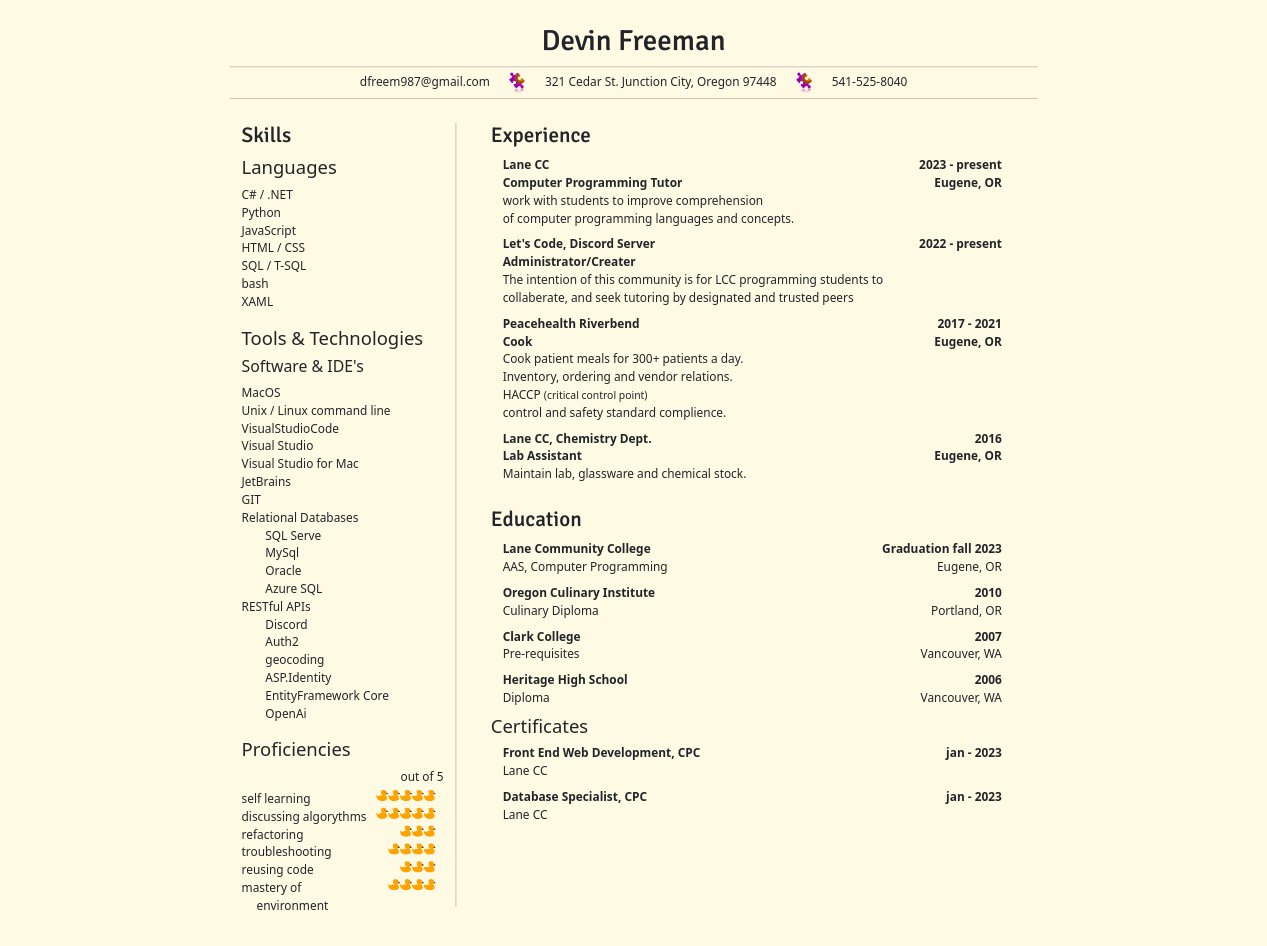
Repository: Dfreem/Resume
Page: index.html
An editor plug-in stored every save of this project. The page is shown before and after the next save, followed by the edit.
The browser window is 1280 px wide. The pictures show the whole page, at 99% of full size.

Above is the page before, as saved 2023-02-13 11:02:35.

### index.html
<!DOCTYPE html>
<html lang="en">

<head>
    <meta charset="UTF-8">
    <meta http-equiv="X-UA-Compatible" content="IE=edge">
    <meta name="viewport" content="width=device-width, initial-scale=1.0">
    <link href="https://cdn.jsdelivr.net/npm/bootstrap@5.3.0-alpha1/dist/css/bootstrap.min.css" rel="stylesheet"
        integrity="sha384-GLhlTQ8iRABdZLl6O3oVMWSktQOp6b7In1Zl3/Jr59b6EGGoI1aFkw7cmDA6j6gD" crossorigin="anonymous">
    <link href="resume.css" rel="stylesheet" />
    <title>Devin Freeman</title>
</head>

<body>

    <h1>Devin Freeman</h1>
    <hr />

    <!-- ========= banner ========= -->

    <div class="personal-info">
        dfreem987@gmail.com
        &emsp;
        <span><img src="puzzle.png" class="puzzle-piece"></img></span>
        &emsp;
        321 Cedar St. Junction City, Oregon 97448
        &emsp;
        <span><img src="puzzle.png" class="puzzle-piece"></img></span>
        &emsp;
        541-525-8040
        <!-- &nbsp;freemand@my.lanecc.edu -->
    </div>
    <hr />
    <!-- ========= Skills start ========= -->

    <div class="hstack">
        <div class="vstack skill-stack">
            <h2>Skills</h2>

            <!-- ========= programming language list ========= -->

            <ul class="langs">
                <div class="d-flex flex-row flex-nowrap">
                    <h3>Languages</h3>
                </div>
                <li class="d-flex flex-row flex-nowrap">
                    C# / .NET</li>
                <li class="d-flex flex-row flex-nowrap">
                    Python</li>
                <li class="d-flex flex-row flex-nowrap">
                    JavaScript</li>
                <li class="d-flex flex-row flex-nowrap">
                    HTML / CSS</li>
                <li class="d-flex flex-row flex-nowrap">
                    SQL / T-SQL</li>
                <li class="d-flex flex-row flex-nowrap">
                    bash</li>
                <li class="d-flex flex-row flex-nowrap">
                    XAML</li>
            </ul>
            <ul>
                <div>
                    <h3>Tools & Technologies</h3>
                    <h4>Software & IDE's</h4>
                    <li>MacOS</li>
                    <li>Unix / Linux command line</li>
                    <li>VisualStudioCode</li>
                    <li>Visual Studio</li>
                    <li>Visual Studio for Mac</li>
                    <li>JetBrains </li>
                    <li>GIT</li>
                    <li>
                        <ul>
                            Relational Databases
                            <li class="ms-4">SQL Serve</li>
                            <li class="ms-4">MySql</li>
                            <li class="ms-4">Oracle</li>
                            <li class="ms-4">Azure SQL</li>
                        </ul>
                    </li>
                    <li>
                        <ul>
                            RESTful APIs
                            <li class="ms-4">Discord</li>
                            <li class="ms-4">Auth2</li>
                            <li class="ms-4">geocoding</li>
                            <li class="ms-4">ASP.Identity</li>
                            <li class="ms-4">EntityFramework Core</li>
                            <li class="ms-4">OpenAi</li>
                        </ul>
                    </li>
                    <li>

                    </li>
                    <li>

                    </li>
                </div>
            </ul>

            <!-- ========= Soft Skills ========= -->
            <div>
                <h3 class="d-flex flex-row flex-nowrap">Proficiencies</h3>

                <div class="push-right same-line">
                    out of 5
                </div>

            </div>
            <ul class="profs me-2">
                <li class="d-flex flex-row flex-nowrap">
                    self learning<div class="push-right five"></div>
                </li>
                <li class="d-flex flex-row flex-nowrap">
                    discussing algorythms<div class="push-right five"></div>
                </li>
                <li class="d-flex flex-row flex-nowrap">
                    refactoring<div class="push-right three"></div>
                </li>
                <li class="d-flex flex-row flex-nowrap">
                    troubleshooting<div class="push-right four"></div>
                </li>
                <li class="d-flex flex-row flex-nowrap">
                    reusing code<div class="push-right three"></div>
                </li>
                <li class="d-flex flex-row flex-nowrap">
                    mastery of <br />&emsp; environment<div class="push-right four">
                    </div>
                </li>
                <li class="dlex flex-row flex-nowrap"></li>
            </ul>

            <!-- ========= Professional References ========= -->

            <!-- <hr class="my-3" />
                <h3>References</h3>
                <dl class="profs me-2">
                    <dt class="d-flex flex-row flex-nowrap">
                        Bryce Fisher
                        <div class="push-right">
                            Lane CC, 2022
                        </div>
                    </dt>
                    <dd>
                        <b>collaborator / school colleague</b><br />
                        360-913-4165 <br />
                        bryce.e.fisher@gmail.com.
                    </dd>
                </dl>

                <dl class="profs me-2">
                    <dt class="d-flex flex-row flex-nowrap">
                        Ben Wilson
                        <div class="push-right">
                            Lane CC, 2022
                    </div>
                </dt>
                <dd>
                    <b>school colleague / tutee</b><br />
                    541-870-0555<br />
                    benosliw@gmail.com
                </dd>
            </dl>

            <dl class="profs me-2">
                <dt class="d-flex flex-row flex-nowrap">
                    Paul Frost
                    <div class="push-right">
                        Lane CC, 2022
                    </div>
                </dt>
                <dd>
                    <b>school colleague / tutee</b><br />
                    458-210-0711<br />
                    workpaulfrost@gmail.com<br />

                </dd>
            </dl> -->
        </div>
        <div class="vr my-4"></div>
        <div class="vstack work-stack">

            <!-- ========= Most Recent Work History ========= -->

            <dl class="work-history mt-4">
                <h2>Experience</h2>

                <!-- ========== Experience ========== -->

                <div class="container work-container">
                    <dt class="d-flex flex-nowrap flex-row">
                        Lane CC
                        <br />
                        Computer Programming Tutor
                        <div class="push-right">
                            2023 - present
                            <br />
                            Eugene, OR
                        </div>
                    </dt>
                    <dd class="ed-details">
                        work with students to improve comprehension <br /> of computer programming languages and
                        concepts.
                    </dd>
                </div>

                <div class="container work-container">
                    <dt class="d-flex flex-nowrap flex-row">
                        Let's Code, Discord Server<br />
                        Administrator/Creater
                        <div class="push-right">2022 - present</div>
                    </dt>
                    <dd class="ed-title">
                        The intention of this community is for LCC programming students to<br />
                        collaberate, and seek tutoring by designated and trusted peers
                    </dd>
                </div>
                <!-- ========== work history slot 2 ========== -->
                <div class="container work-container">
                    <dt class="d-flex flex-nowrap flex-row">
                        Peacehealth Riverbend
                        <br />
                        Cook
                        <div class="push-right">
                            2017 - 2021
                            <br />
                            Eugene, OR
                        </div>
                    </dt>
                    <dd class="ed-details">
                        Cook patient meals for 300+ patients a day. <br />
                        Inventory, ordering and vendor relations. <br />
                        HACCP <small>(critical control point)</small><br />
                        control and safety standard complience. <br />
                    </dd>
                </div>

                <!-- ========== work history slot 3 ========== -->
                <!--
                    <div class="container work-container">
                        <dt class="d-flex flex-nowrap flex-row">
                            McMenamins
                            <br />
                            Assistant kitchen manager
                            <div class="push-right">
                                2011-2013
                                <br />
                                Portland, OR
                                <br />
                            </div>
                        </dt>
                        <dd class="ed-details">
                            Staff management. Food order expeditor. <br />
                            Proficient in all stations including Pizza Kitchen.
                        </dd>
                    </div> -->

                <!-- ========== work history slot 3 ========== -->

                <div class="container work-container">
                    <dt class="d-flex flex-nowrap flex-row">
                        Lane CC, Chemistry Dept.
                        <br />
                        Lab Assistant
                        <div class="push-right">
                            2016
                            <br />
                            Eugene, OR
                        </div>
                    </dt>
                    <dd class="ed-details">Maintain lab, glassware and chemical stock.</dd>
                </div>
            </dl>

            <!-- ========== Education Start ========== -->

            <dl class="education">
                <h2>Education</h2>

                <!-- ========== Education slot 1 ========== -->

                <div class="container work-container">
                    <dt class="d-flex flex-nowrap flex-row">
                        <div class="ed-title">Lane Community College</div>
                        <div class="push-right">Graduation fall 2023</div>
                    </dt>
                    <dd class="d-flex flex-nowrap flex-row">
                        <div class="ed-title">AAS, Computer Programming </div>
                        <span class="push-right"> Eugene, OR </span>
                    </dd>
                </div>

                <!-- ========== Education slot 2 ========== -->

                <div class="container work-container">
                    <dt class="d-flex flex-nowrap flex-row">
                        <div class="ed-title">Oregon Culinary Institute</div>
                        <span class="push-right">2010</span>
                    </dt>
                    <dd class="d-flex flex-nowrap flex-row">
                        <div class="ed-title">Culinary Diploma</div>
                        <span class="push-right">Portland, OR</span>
                    </dd>
                </div>

                <!-- ========== Education slot 3 ========== -->

                <div class="container work-container">
                    <dt class="d-flex flex-nowrap flex-row">
                        <div class="ed-title">Clark College</div>
                        <span class="push-right">2007</span>
                    </dt>
                    <dd class="d-flex flex-nowrap flex-row">
                        <div class="ed-title">Pre-requisites</div>
                        <span class="push-right">Vancouver, WA</span>
                    </dd>
                </div>

                <!-- ========== Education slot 4 ========== -->

                <div class="container work-container">
                    <dt class="d-flex flex-nowrap flex-row">
                        <div class="ed-title">Heritage High School</div>
                        <span class="push-right">2006</span>
                    </dt>
                    <dd class="d-flex flex-nowrap flex-row">
                        <div class="ed-title">Diploma</div>
                        <span class="push-right">Vancouver, WA</span>
                    </dd>
                </div>
                <!-- ========= Certifications ========= -->


                <h3>Certificates</h3>
                <div class="container work-container">
                    <dt class="d-flex flex-row flex-nowrap">
                        <div class="ed-title">Front End Web Development, CPC</div>
                        <span class="push-right">jan - 2023</span>
                    </dt>
                    <dd>Lane CC</dd>
                </div>

                <div class="container work-container">
                    <dt class="d-flex flex-row flex-nowrap"><div class="ed-title">Database Specialist, CPC </div>
                    <span class="push-right">jan - 2023</span>
                    </dt>
                    <dd>Lane CC
                    </dd>
                </div>
        </div>
        </dl>



    </div>
    </div>
    <dl class="d-grid container">
        <div class="row">

    </dl>
    </div>

</body>
<script src="https://cdn.jsdelivr.net/npm/bootstrap@5.3.0-alpha1/dist/js/bootstrap.bundle.min.js"
    integrity="sha384-w76AqPfDkMBDXo30jS1Sgez6pr3x5MlQ1ZAGC+nuZB+EYdgRZgiwxhTBTkF7CXvN"
    crossorigin="anonymous"></script>

</html>

### resume.css
@import url('https://fonts.googleapis.com/css2?family=Raleway:ital,wght@0,500;0,700;0,800;1,500&family=Signika:wght@400;500;700&display=swap');

/*
font-family: 'Raleway', sans-serif;
font-family: 'Signika', sans-serif;
*/
body {
    /* padding-inline: 0.5in; */
    padding-block-start: 2em;
    margin: auto;
    max-width: 8.5in;
    min-width: 8.5in;
    max-height: 11in;
    font-size: 12px;
    background-color: rgb(255, 250, 228);
}

.personal-info {
    text-align: center;
    margin-bottom: 0;
}

h1 {
    font-family: 'Signika', sans-serif;
    text-align: center;
    font-size: 22pt;
    letter-spacing: 105%;
}

h2 {
    font-family: 'Signika', sans-serif;
    font-size: 16pt;
    margin-block-start: 0;
}

h3 {
    font-size: 14pt;
    width: fit-content;
}

h4 {
    font-size: 12pt;
}

.puzzle-piece {
    width: 1.6em;
    margin-block: .3em;
}

.work-history {
    min-width: 90%;
    align-self: flex-end;
    margin-inline-end: 2em;
}

.seperater {
    position: relative;
    right: -35%;
    height:25px;
}

.education {
    align-self: flex-end;
    margin-inline-end: 2em;
    width: 90%;
}

.skill-stack {
    min-width:25%;
    max-width: 25%;
    margin-inline:1em;
    margin-block-end: 1em;
    margin-top: 2em;
    /* background-color: chartreuse; */
}

.push-right {
    margin-inline-start: auto;
    text-align: right;
}

.profs {
    /* font-size: 10px; */
    margin-block: .3em;
}

.five {
    background-image: url("ducky.png");
    background-size: 12px;
    background-repeat: repeat-x;
    width:60px;
 }

.four {
    background-image: url("ducky.png");
    background-size: 12px;
    background-repeat: repeat-x;
    width:48px;
    /* background-position: ; */
}

.three {
    background-image: url("ducky.png");
    background-size: 12px;
    background-repeat: repeat-x;
    width:36px;
 }
.two {
    background-image: url("ducky.png");
    background-size: 12px;
    background-repeat: repeat-x;
    width:24px;
 }

hr {
    margin-block: 0;
}

ul {
    padding-Inline: 0;
}

li {
    list-style: none;
}

After the next save:
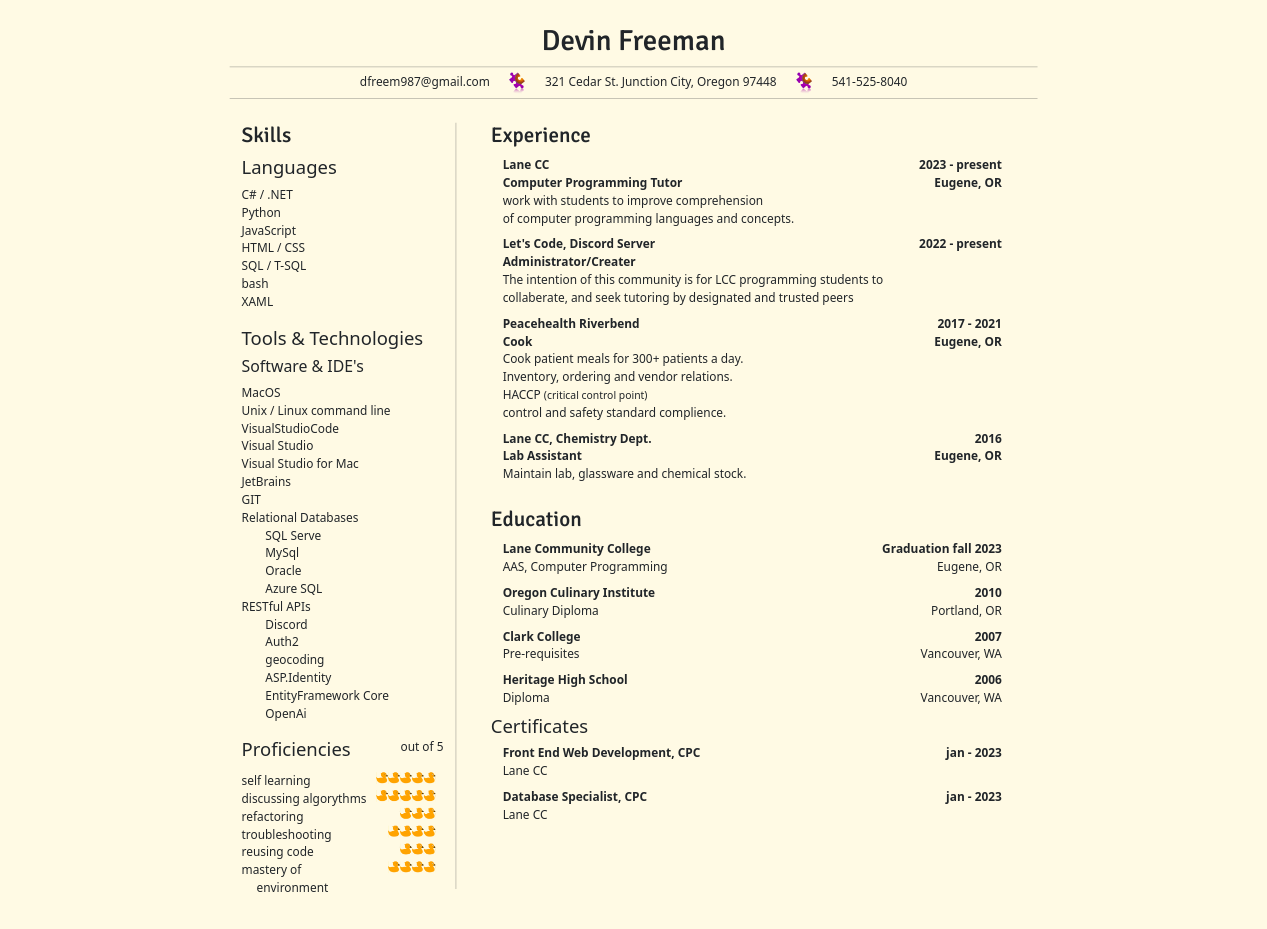
Saved 17 s later.
--- a/index.html
+++ b/index.html
@@ -99,8 +99,8 @@
             </ul>
 
             <!-- ========= Soft Skills ========= -->
-            <div>
-                <h3 class="d-flex flex-row flex-nowrap">Proficiencies</h3>
+            <div class="d-flex flex-row flex-nowrap">
+                <h3>Proficiencies</h3>
 
                 <div class="push-right same-line">
                     out of 5
